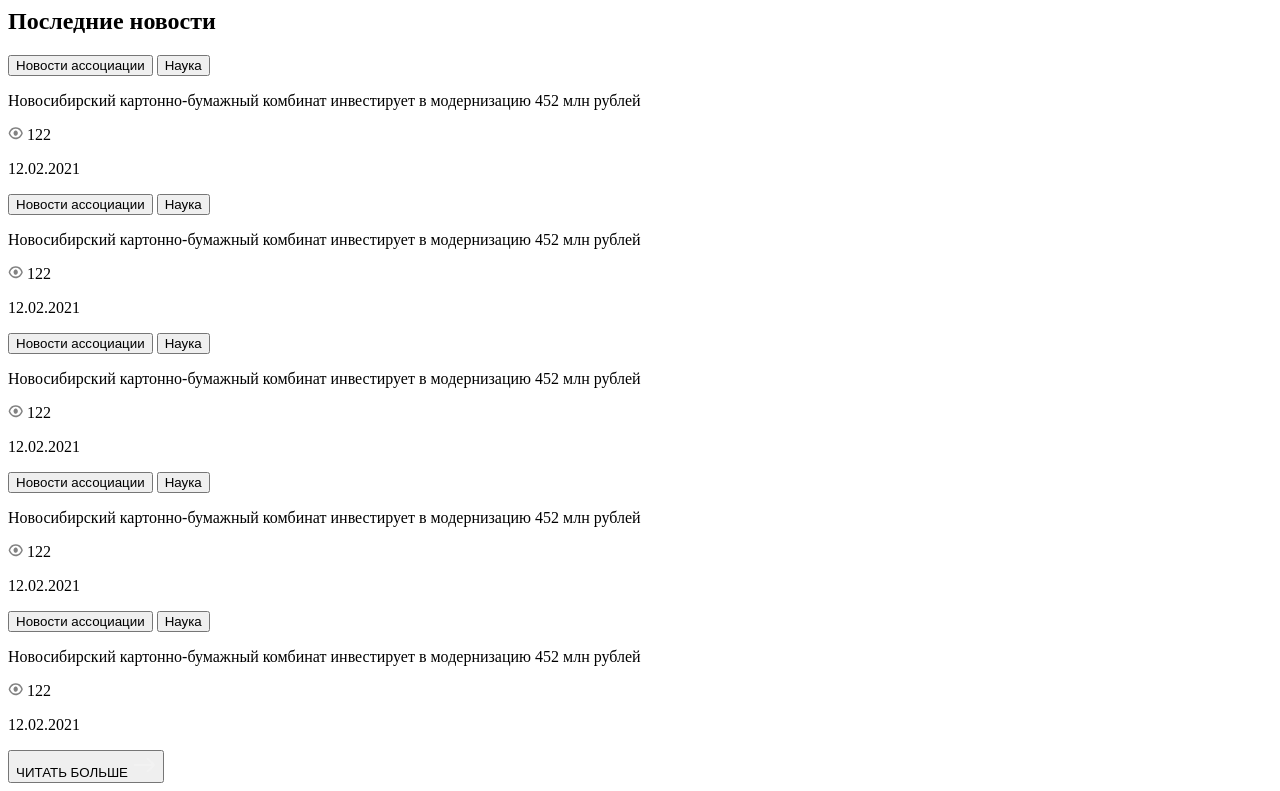
Repository: the-ASAP/League
Page: src/components/news.html
An editor plug-in stored every save of this project. The page is shown before and after the next save, followed by the edit.
The browser window is 1280 px wide. The pictures show the whole page.

Above is the page before, as saved 2021-07-29 11:50:24.

### src/components/news.html
<section class="news">
    <div class="wrapper">
        <h2 class="news__title">Последние новости</h2>
        <div class="news__content">
            <div class="post">
                <div class="post__image">
                    <div class="post__buttons">
                        <button class="post__category">Новости ассоциации</button>
                        <button class="post__category">Наука</button>
                    </div>
                </div>
                <p class="post__title">
                    Новосибирский картонно-бумажный комбинат инвестирует в модернизацию 452 млн рублей
                </p>
                <div class="post__views">
                    <div class="post__count">
                        <svg class="post__icon" width="15" height="13" viewBox="0 0 15 13" fill="none" xmlns="http://www.w3.org/2000/svg">
                            <path d="M7.71386 12.2221C6.54992 12.2397 5.398 11.9343 4.34578 11.3292C3.53015 10.8455 2.79775 10.1774 2.18768 9.36062C1.54148 8.51617 1.03267 7.53061 0.688154 6.45602L0.617188 6.18342L0.691703 5.91082C1.03647 4.83717 1.54418 3.85187 2.18839 3.00622C2.79824 2.18955 3.5304 1.52146 4.34578 1.03762C5.39801 0.432537 6.54992 0.127173 7.71386 0.144762C8.8778 0.127203 10.0297 0.432566 11.0819 1.03762C11.8976 1.52135 12.63 2.18945 13.24 3.00622C13.8875 3.84953 14.3964 4.83539 14.7396 5.91082L14.8105 6.18342L14.736 6.45602C13.6227 9.97897 10.8181 12.2819 7.71386 12.2221ZM7.71386 1.87009C5.29806 1.77807 3.08074 3.48767 2.11955 6.18342C3.08058 8.87933 5.29801 10.589 7.71386 10.4968C10.1296 10.5885 12.3468 8.87901 13.3082 6.18342C12.3482 3.48637 10.1301 1.77613 7.71386 1.87009ZM7.71386 8.77142C6.69004 8.77966 5.80441 7.90648 5.59974 6.68702C5.39507 5.46757 5.92853 4.24244 6.87318 3.76249C7.81782 3.28254 8.90982 3.68181 9.4799 4.7156C10.05 5.7494 9.93893 7.12897 9.21481 8.00882C8.81833 8.49645 8.27787 8.77104 7.71386 8.77142Z" fill="#828282"/>
                        </svg>
                        <span class="post__number">122</span>
                    </div>
                    <p class="post__date">12.02.2021</p>
                </div>
            </div>
            <div class="post">
                <div class="post__image">
                    <div class="post__buttons">
                        <button class="post__category">Новости ассоциации</button>
                        <button class="post__category">Наука</button>
                    </div>
                </div>
                <p class="post__title">
                    Новосибирский картонно-бумажный комбинат инвестирует в модернизацию 452 млн рублей
                </p>
                <div class="post__views">
                    <div class="post__count">
                        <svg class="post__icon" width="15" height="13" viewBox="0 0 15 13" fill="none" xmlns="http://www.w3.org/2000/svg">
                            <path d="M7.71386 12.2221C6.54992 12.2397 5.398 11.9343 4.34578 11.3292C3.53015 10.8455 2.79775 10.1774 2.18768 9.36062C1.54148 8.51617 1.03267 7.53061 0.688154 6.45602L0.617188 6.18342L0.691703 5.91082C1.03647 4.83717 1.54418 3.85187 2.18839 3.00622C2.79824 2.18955 3.5304 1.52146 4.34578 1.03762C5.39801 0.432537 6.54992 0.127173 7.71386 0.144762C8.8778 0.127203 10.0297 0.432566 11.0819 1.03762C11.8976 1.52135 12.63 2.18945 13.24 3.00622C13.8875 3.84953 14.3964 4.83539 14.7396 5.91082L14.8105 6.18342L14.736 6.45602C13.6227 9.97897 10.8181 12.2819 7.71386 12.2221ZM7.71386 1.87009C5.29806 1.77807 3.08074 3.48767 2.11955 6.18342C3.08058 8.87933 5.29801 10.589 7.71386 10.4968C10.1296 10.5885 12.3468 8.87901 13.3082 6.18342C12.3482 3.48637 10.1301 1.77613 7.71386 1.87009ZM7.71386 8.77142C6.69004 8.77966 5.80441 7.90648 5.59974 6.68702C5.39507 5.46757 5.92853 4.24244 6.87318 3.76249C7.81782 3.28254 8.90982 3.68181 9.4799 4.7156C10.05 5.7494 9.93893 7.12897 9.21481 8.00882C8.81833 8.49645 8.27787 8.77104 7.71386 8.77142Z" fill="#828282"/>
                        </svg>
                        <span class="post__number">122</span>
                    </div>
                    <p class="post__date">12.02.2021</p>
                </div>
            </div>
            <div class="post">
                <div class="post__image">
                    <div class="post__buttons">
                        <button class="post__category">Новости ассоциации</button>
                        <button class="post__category">Наука</button>
                    </div>
                </div>
                <p class="post__title">
                    Новосибирский картонно-бумажный комбинат инвестирует в модернизацию 452 млн рублей
                </p>
                <div class="post__views">
                    <div class="post__count">
                        <svg class="post__icon" width="15" height="13" viewBox="0 0 15 13" fill="none" xmlns="http://www.w3.org/2000/svg">
                            <path d="M7.71386 12.2221C6.54992 12.2397 5.398 11.9343 4.34578 11.3292C3.53015 10.8455 2.79775 10.1774 2.18768 9.36062C1.54148 8.51617 1.03267 7.53061 0.688154 6.45602L0.617188 6.18342L0.691703 5.91082C1.03647 4.83717 1.54418 3.85187 2.18839 3.00622C2.79824 2.18955 3.5304 1.52146 4.34578 1.03762C5.39801 0.432537 6.54992 0.127173 7.71386 0.144762C8.8778 0.127203 10.0297 0.432566 11.0819 1.03762C11.8976 1.52135 12.63 2.18945 13.24 3.00622C13.8875 3.84953 14.3964 4.83539 14.7396 5.91082L14.8105 6.18342L14.736 6.45602C13.6227 9.97897 10.8181 12.2819 7.71386 12.2221ZM7.71386 1.87009C5.29806 1.77807 3.08074 3.48767 2.11955 6.18342C3.08058 8.87933 5.29801 10.589 7.71386 10.4968C10.1296 10.5885 12.3468 8.87901 13.3082 6.18342C12.3482 3.48637 10.1301 1.77613 7.71386 1.87009ZM7.71386 8.77142C6.69004 8.77966 5.80441 7.90648 5.59974 6.68702C5.39507 5.46757 5.92853 4.24244 6.87318 3.76249C7.81782 3.28254 8.90982 3.68181 9.4799 4.7156C10.05 5.7494 9.93893 7.12897 9.21481 8.00882C8.81833 8.49645 8.27787 8.77104 7.71386 8.77142Z" fill="#828282"/>
                        </svg>
                        <span class="post__number">122</span>
                    </div>
                    <p class="post__date">12.02.2021</p>
                </div>
            </div>
            <div class="post">
                <div class="post__image">
                    <div class="post__buttons">
                        <button class="post__category">Новости ассоциации</button>
                        <button class="post__category">Наука</button>
                    </div>
                </div>
                <p class="post__title">
                    Новосибирский картонно-бумажный комбинат инвестирует в модернизацию 452 млн рублей
                </p>
                <div class="post__views">
                    <div class="post__count">
                        <svg class="post__icon" width="15" height="13" viewBox="0 0 15 13" fill="none" xmlns="http://www.w3.org/2000/svg">
                            <path d="M7.71386 12.2221C6.54992 12.2397 5.398 11.9343 4.34578 11.3292C3.53015 10.8455 2.79775 10.1774 2.18768 9.36062C1.54148 8.51617 1.03267 7.53061 0.688154 6.45602L0.617188 6.18342L0.691703 5.91082C1.03647 4.83717 1.54418 3.85187 2.18839 3.00622C2.79824 2.18955 3.5304 1.52146 4.34578 1.03762C5.39801 0.432537 6.54992 0.127173 7.71386 0.144762C8.8778 0.127203 10.0297 0.432566 11.0819 1.03762C11.8976 1.52135 12.63 2.18945 13.24 3.00622C13.8875 3.84953 14.3964 4.83539 14.7396 5.91082L14.8105 6.18342L14.736 6.45602C13.6227 9.97897 10.8181 12.2819 7.71386 12.2221ZM7.71386 1.87009C5.29806 1.77807 3.08074 3.48767 2.11955 6.18342C3.08058 8.87933 5.29801 10.589 7.71386 10.4968C10.1296 10.5885 12.3468 8.87901 13.3082 6.18342C12.3482 3.48637 10.1301 1.77613 7.71386 1.87009ZM7.71386 8.77142C6.69004 8.77966 5.80441 7.90648 5.59974 6.68702C5.39507 5.46757 5.92853 4.24244 6.87318 3.76249C7.81782 3.28254 8.90982 3.68181 9.4799 4.7156C10.05 5.7494 9.93893 7.12897 9.21481 8.00882C8.81833 8.49645 8.27787 8.77104 7.71386 8.77142Z" fill="#828282"/>
                        </svg>
                        <span class="post__number">122</span>
                    </div>
                    <p class="post__date">12.02.2021</p>
                </div>
            </div>
            <div class="post">
                <div class="post__image">
                    <div class="post__buttons">
                        <button class="post__category">Новости ассоциации</button>
                        <button class="post__category">Наука</button>
                    </div>
                </div>
                <p class="post__title">
                    Новосибирский картонно-бумажный комбинат инвестирует в модернизацию 452 млн рублей
                </p>
                <div class="post__views">
                    <div class="post__count">
                        <svg class="post__icon" width="15" height="13" viewBox="0 0 15 13" fill="none" xmlns="http://www.w3.org/2000/svg">
                            <path d="M7.71386 12.2221C6.54992 12.2397 5.398 11.9343 4.34578 11.3292C3.53015 10.8455 2.79775 10.1774 2.18768 9.36062C1.54148 8.51617 1.03267 7.53061 0.688154 6.45602L0.617188 6.18342L0.691703 5.91082C1.03647 4.83717 1.54418 3.85187 2.18839 3.00622C2.79824 2.18955 3.5304 1.52146 4.34578 1.03762C5.39801 0.432537 6.54992 0.127173 7.71386 0.144762C8.8778 0.127203 10.0297 0.432566 11.0819 1.03762C11.8976 1.52135 12.63 2.18945 13.24 3.00622C13.8875 3.84953 14.3964 4.83539 14.7396 5.91082L14.8105 6.18342L14.736 6.45602C13.6227 9.97897 10.8181 12.2819 7.71386 12.2221ZM7.71386 1.87009C5.29806 1.77807 3.08074 3.48767 2.11955 6.18342C3.08058 8.87933 5.29801 10.589 7.71386 10.4968C10.1296 10.5885 12.3468 8.87901 13.3082 6.18342C12.3482 3.48637 10.1301 1.77613 7.71386 1.87009ZM7.71386 8.77142C6.69004 8.77966 5.80441 7.90648 5.59974 6.68702C5.39507 5.46757 5.92853 4.24244 6.87318 3.76249C7.81782 3.28254 8.90982 3.68181 9.4799 4.7156C10.05 5.7494 9.93893 7.12897 9.21481 8.00882C8.81833 8.49645 8.27787 8.77104 7.71386 8.77142Z" fill="#828282"/>
                        </svg>
                        <span class="post__number">122</span>
                    </div>
                    <p class="post__date">12.02.2021</p>
                </div>
            </div>


        </div>

        <button class="news__button">
            <span>ЧИТАТЬ БОЛЬШЕ</span>
            <svg width="24" height="24" viewBox="0 0 24 24" fill="none" xmlns="http://www.w3.org/2000/svg">
                <path d="M22.7071 12.7071C23.0976 12.3166 23.0976 11.6834 22.7071 11.2929L16.3431 4.92893C15.9526 4.53841 15.3195 4.53841 14.9289 4.92893C14.5384 5.31946 14.5384 5.95262 14.9289 6.34315L20.5858 12L14.9289 17.6569C14.5384 18.0474 14.5384 18.6805 14.9289 19.0711C15.3195 19.4616 15.9526 19.4616 16.3431 19.0711L22.7071 12.7071ZM2 13H22V11H2V13Z" fill="#F2F2F2"/>
            </svg>
        </button>
    </div>
</section>

After the next save:
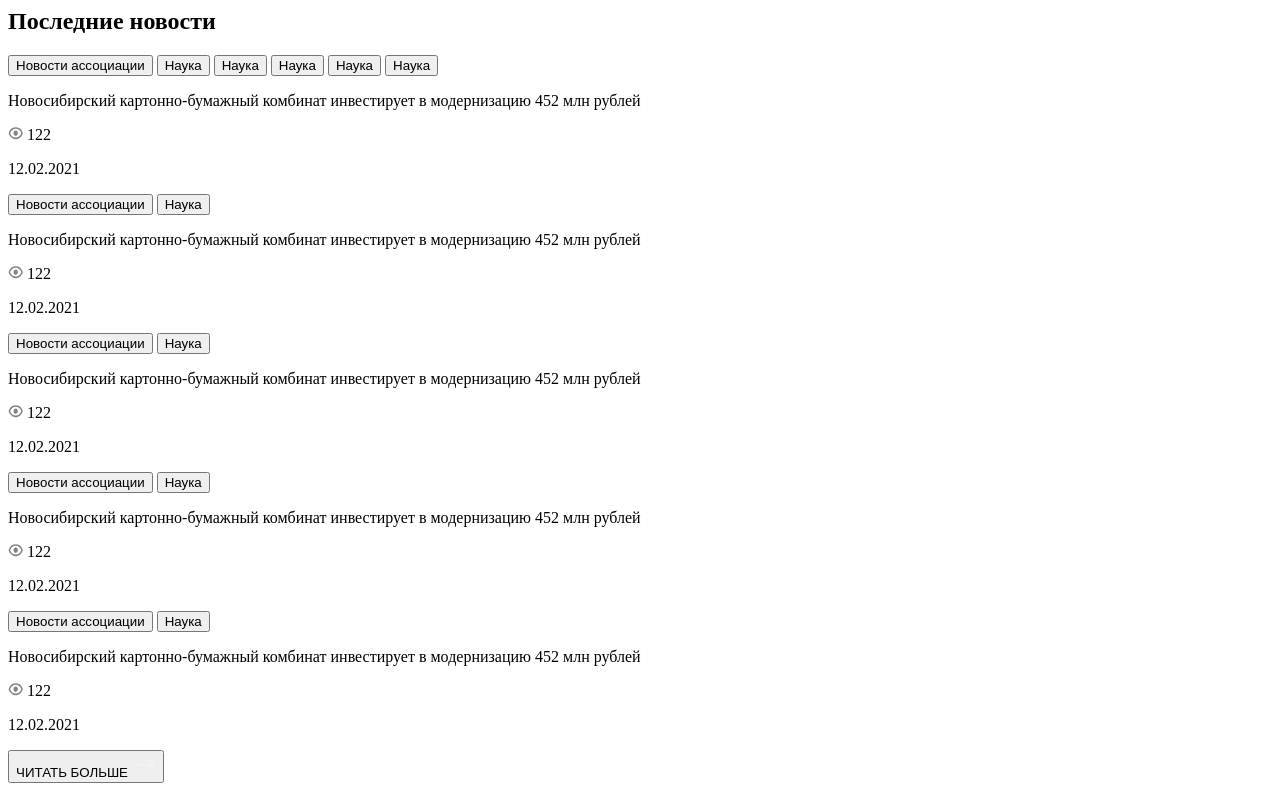
Saved 12 s later.
--- a/src/components/news.html
+++ b/src/components/news.html
@@ -7,6 +7,11 @@
                     <div class="post__buttons">
                         <button class="post__category">Новости ассоциации</button>
                         <button class="post__category">Наука</button>
+                        <button class="post__category">Наука</button>
+                        <button class="post__category">Наука</button>
+                        <button class="post__category">Наука</button>
+                        <button class="post__category">Наука</button>
+
                     </div>
                 </div>
                 <p class="post__title">

After the save that followed:
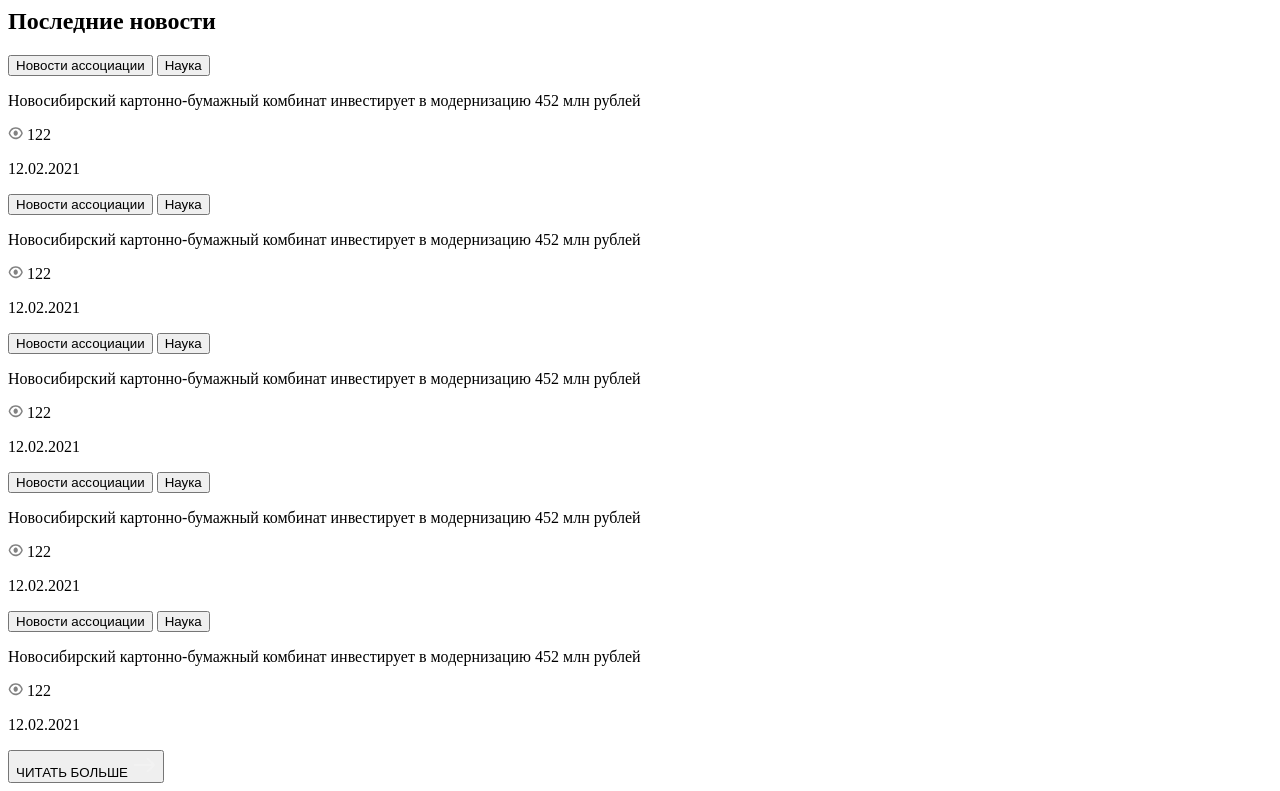
Saved 19 s later.
--- a/src/components/news.html
+++ b/src/components/news.html
@@ -7,11 +7,6 @@
                     <div class="post__buttons">
                         <button class="post__category">Новости ассоциации</button>
                         <button class="post__category">Наука</button>
-                        <button class="post__category">Наука</button>
-                        <button class="post__category">Наука</button>
-                        <button class="post__category">Наука</button>
-                        <button class="post__category">Наука</button>
-
                     </div>
                 </div>
                 <p class="post__title">
